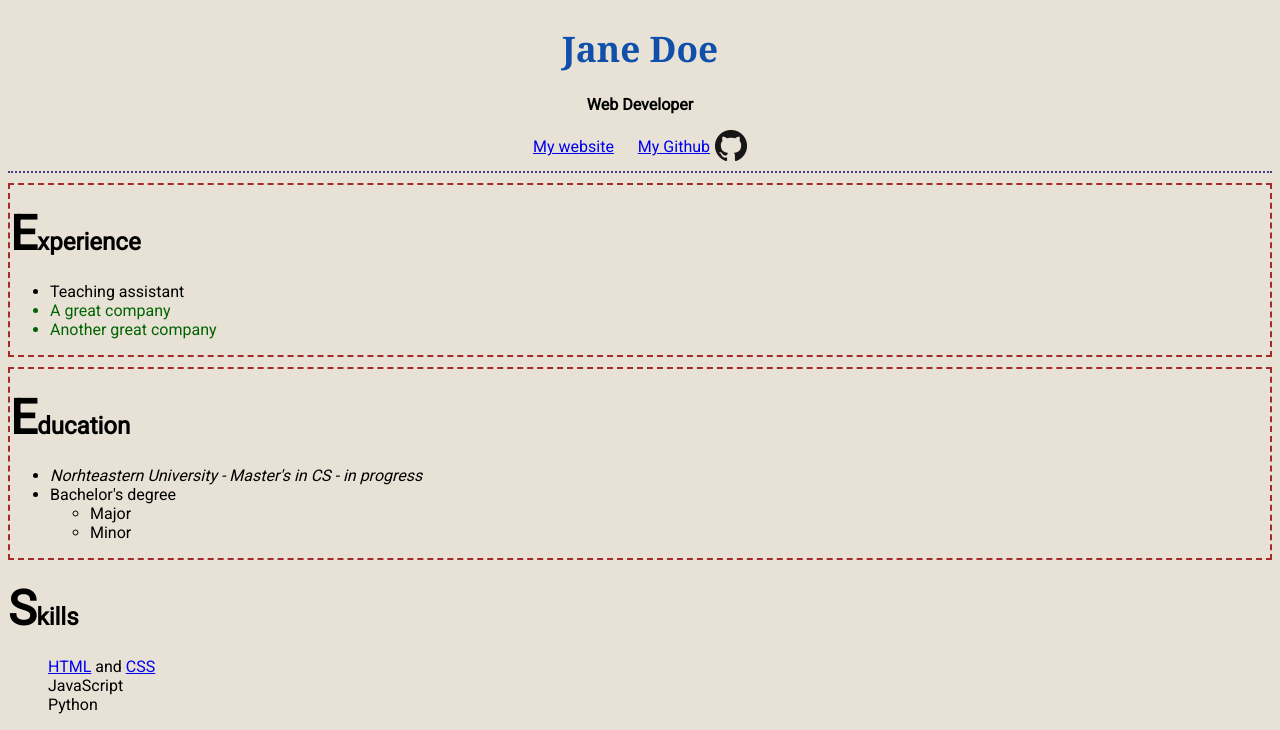
Repository: liulian26/CS5610
Page: Lab2/index.html
These files come from the project's save history. The page is drawn as it stood at one moment and after the next save; the edit follows.
The browser window is 1280 px wide. The pictures show the whole page.

Above is the page before, as saved 2025-01-23 21:50:15.

After the next save:
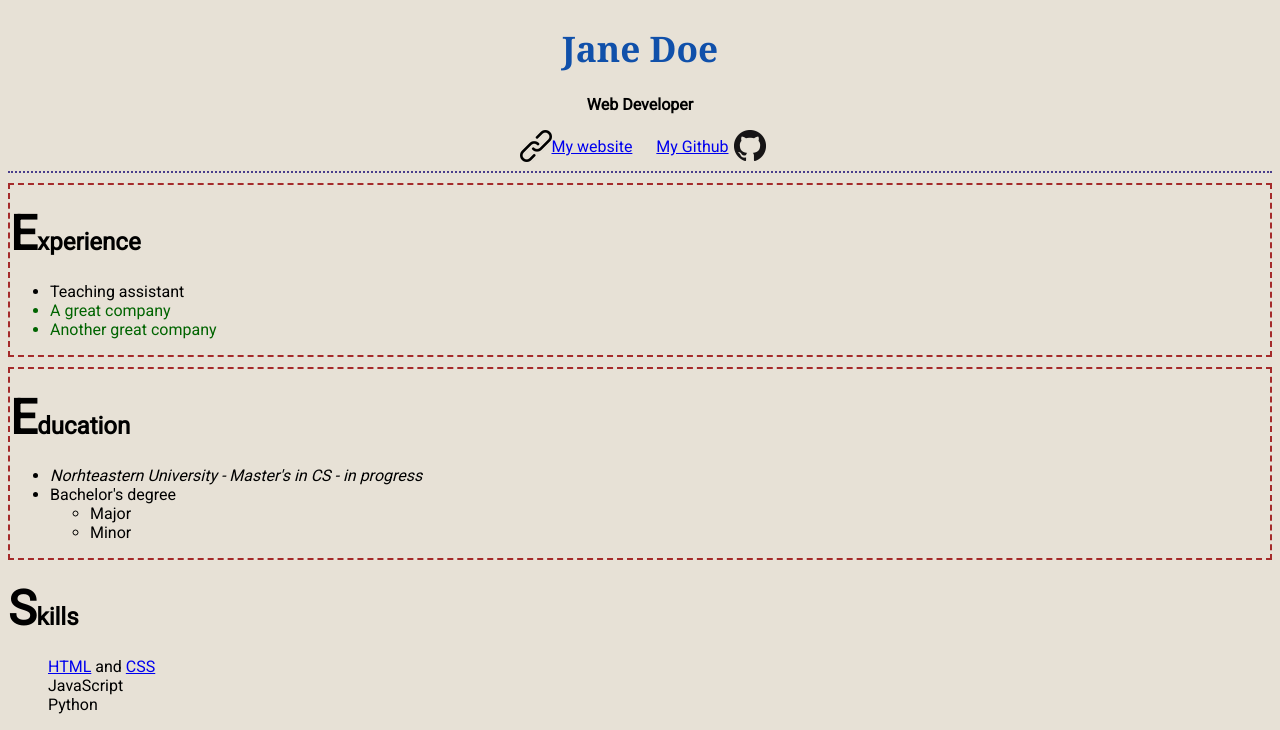
Saved 3 min 29 s later.
--- a/Lab2/css/styles.css
+++ b/Lab2/css/styles.css
@@ -63,3 +63,9 @@ header a:nth-of-type(2) {
 .experience > ul > li~li {
     color: darkgreen;
 }
+
+a[href$=".edu"]::before {
+    content: url(../images/link.png);
+    margin-left: 5px;
+    vertical-align: middle;
+}
